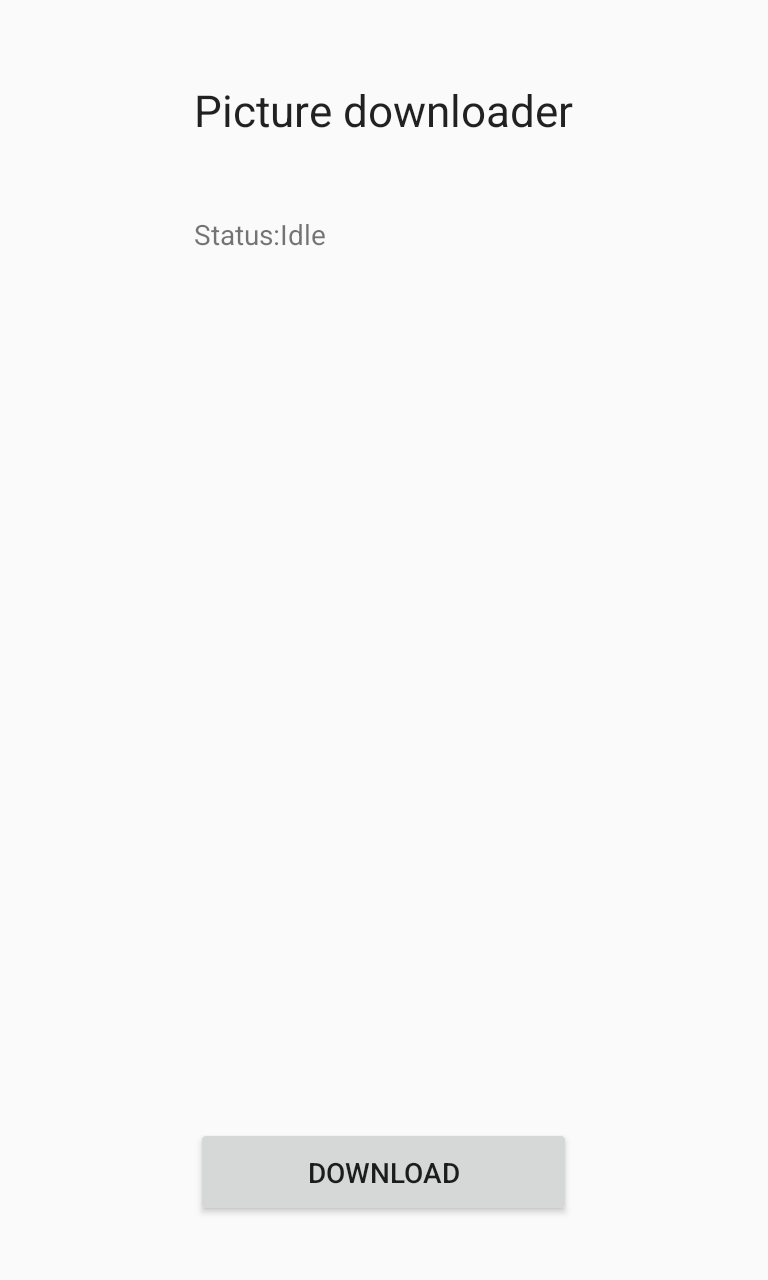
Repository: AlvaroCortez/Assigment3
Layout: PictureDownloader/res/layout/picture_downloader_layout.xml
These files come from the project's save history. The layout is drawn as it stood at one moment and after the next save; the edit follows.
It is drawn on a 768 x 1280 px phone screen (xhdpi) without system bars, with theme AppTheme; the app's code is not run.

Above is the layout before, as saved 2014-07-15 15:27:21.

After the next save:
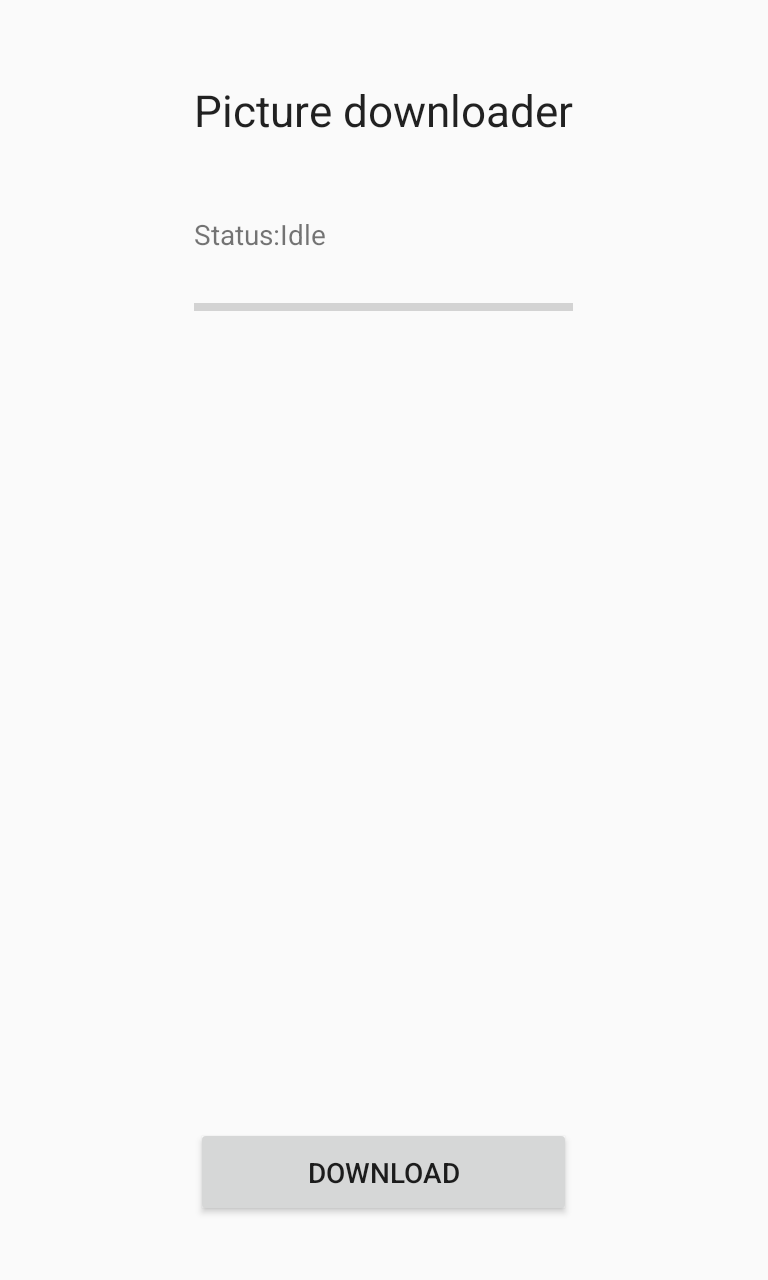
Saved 111 s later.
--- a/PictureDownloader/res/layout/picture_downloader_layout.xml
+++ b/PictureDownloader/res/layout/picture_downloader_layout.xml
@@ -30,6 +30,17 @@
         android:layout_alignParentBottom="true"
         android:layout_alignRight="@+id/text_picture_downloader"
         android:layout_marginBottom="30dp"
+        android:onClick="onClick"
         android:text="@string/button_downloader" />
 
+    <ProgressBar
+        android:id="@+id/progress_downloader"
+        style="?android:attr/progressBarStyleHorizontal"
+        android:layout_width="wrap_content"
+        android:layout_height="wrap_content"
+        android:layout_alignLeft="@+id/status_text"
+        android:layout_alignRight="@+id/text_picture_downloader"
+        android:layout_below="@+id/status_text"
+        android:layout_marginTop="19dp" />
+
 </RelativeLayout>
